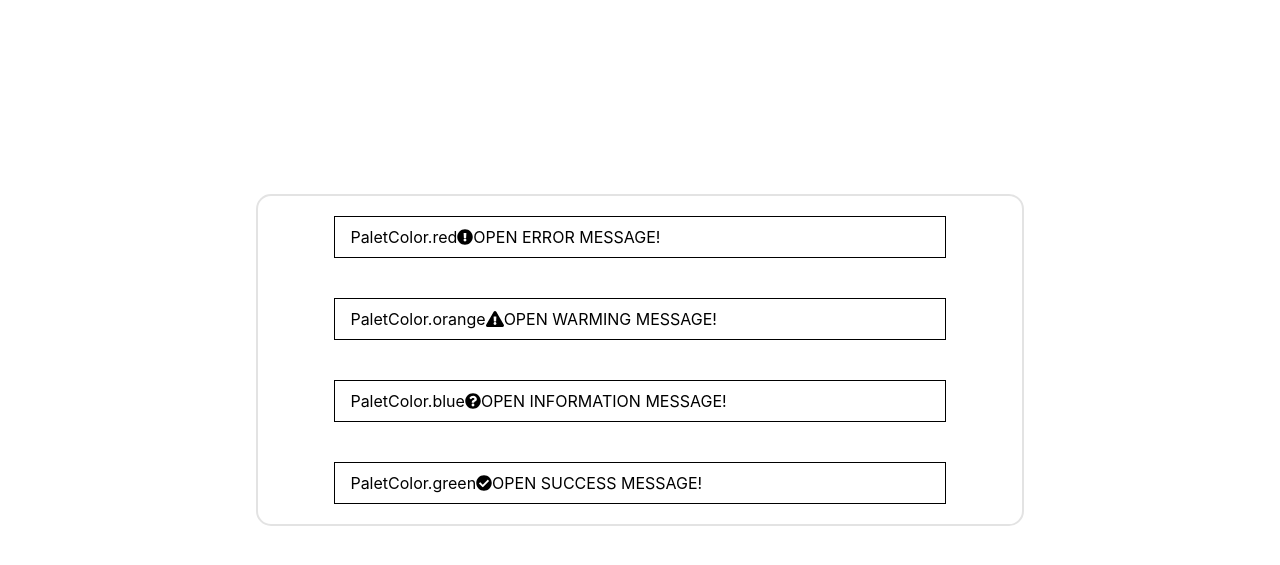
Repository: KrzysKolo/sr_tydzien5_zad2
Page: /
An editor plug-in stored every save of this project. The page is shown before and after the next save, followed by the edit.
The browser window is 1280 px wide. The pictures show the whole page.
The project was rebuilt for these pictures with package versions that can differ from the ones it lists, and the page was loaded fresh each time.

Above is the page before, as saved 2020-12-21 18:00:18.

After the next save:
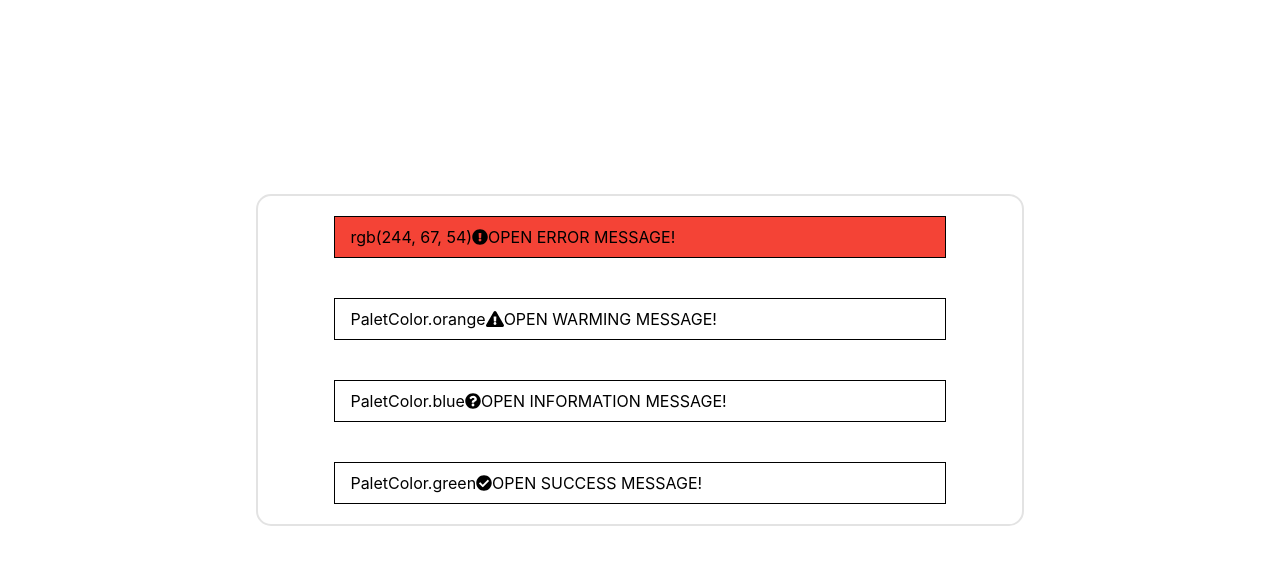
Saved 48 s later.
--- a/src/data/ButtonsData.js
+++ b/src/data/ButtonsData.js
@@ -3,7 +3,7 @@ const ButtonsData = [
       id: 0,
       name: "OPEN ERROR MESSAGE!",
       event: "handleClickError",
-      color: "PaletColor.red",
+      color: "rgb(244, 67, 54)",
       icon: "faExclamationCircle"
     },
     {
